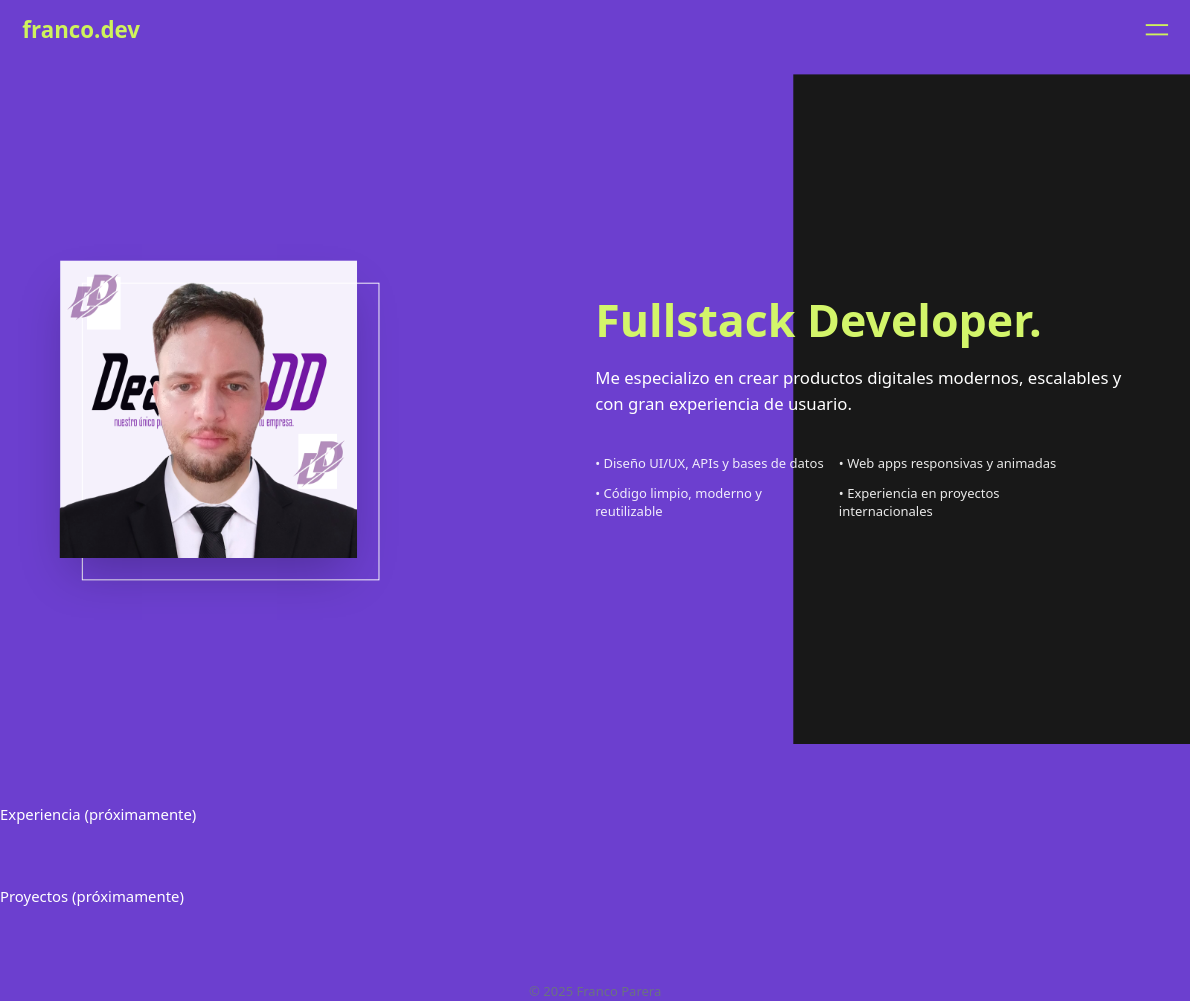
Repository: francoluca35/portfolio-franco-dev
Page: /
The author's editor kept a copy of each file at every save. The page is drawn from the files as they stood at one save, then again after the next save.
The browser window is 1280 px wide. The pictures show the whole page, at 93% of full size.
The project was rebuilt for these pictures with package versions that can differ from the ones it lists, and the page was loaded fresh each time. The framework's server and built-in components were replaced by stand-ins that run in the browser. Also part of the build but not shown: next.config.js.

Above is the page before, as saved 2025-05-06 01:27:34.

### app/layout.jsx
import Nav from "../components/Nav";
import "../styles/globals.css";

export const metadata = {
  title: "Franco Parera | Desarrollador Web Fullstack",
  description:
    "Portfolio de Franco Parera, desarrollador web especializado en React, Next.js y soluciones escalables.",
  keywords:
    "desarrollador web, portfolio, frontend, backend, next.js, react, diseño web, SEO, Buenos Aires",
  authors: [{ name: "Franco Parera" }],
  creator: "Franco Parera",
  openGraph: {
    title: "Franco Parera | Desarrollador Web",
    description:
      "Conocé mis proyectos como desarrollador web fullstack. Diseño moderno, rendimiento y SEO.",
    url: "https://tusitio.com",
    siteName: "Franco Parera | Portfolio",
    images: [
      {
        url: "https://tusitio.com/og-image.jpg",
        width: 1200,
        height: 630,
        alt: "Imagen portfolio Franco",
      },
    ],
    locale: "es_AR",
    type: "website",
  },
  twitter: {
    card: "summary_large_image",
    title: "Franco Parera | Desarrollador Web",
    description:
      "Portfolio profesional de Franco Parera con proyectos reales, experiencia y habilidades técnicas.",
    images: ["https://tusitio.com/og-image.jpg"],
  },
};

export default function RootLayout({ children }) {
  return (
    <html lang="es">
      <head>
        <meta name="viewport" content="width=device-width, initial-scale=1" />
        <link rel="icon" href="/favicon.ico" />
      </head>
      <body className="bg-[#6C3FCF] text-white antialiased">
        <Nav />
        <div className="pt-20">{children}</div>{" "}
      </body>
    </html>
  );
}

### app/page.jsx
"use client";

import Hero from "../components/Hero";
import Experience from "../components/Experience";
import Projects from "../components/Projects";
import Footer from "../components/Footer";

export default function Home() {
  return (
    <>
      <main>
        <section id="inicio">
          <Hero />
        </section>

        <section id="experiencia">
          <Experience />
        </section>

        <section id="proyectos">
          <Projects />
        </section>

        <section id="contacto">
          <Footer />
        </section>
      </main>
    </>
  );
}

### components/Nav.jsx
"use client";

import { useState, useEffect } from "react";
import Link from "next/link";
import { motion, AnimatePresence } from "framer-motion";

export default function Nav() {
  const [isOpen, setIsOpen] = useState(false);
  const [scrolled, setScrolled] = useState(false);

  useEffect(() => {
    const handleScroll = () => {
      setScrolled(window.scrollY > 10);
    };
    window.addEventListener("scroll", handleScroll);
    return () => window.removeEventListener("scroll", handleScroll);
  }, []);

  return (
    <>
      {/* Navbar superior */}
      <nav
        className={`fixed w-full px-6 py-4 flex justify-between items-center z-50 transition-colors duration-300 ${
          scrolled ? "bg-[#2B00AA]/90 shadow-lg" : "bg-transparent"
        }`}
      >
        <h1 className="text-2xl font-bold text-[#CFF25C]">franco.dev</h1>

        <button onClick={() => setIsOpen(true)} className="space-y-2">
          <span className="block w-6 h-0.5 bg-[#CFF25C]"></span>
          <span className="block w-6 h-0.5 bg-[#CFF25C]"></span>
        </button>
      </nav>

      {/* Menú fullscreen */}
      <AnimatePresence>
        {isOpen && (
          <motion.div
            initial={{ opacity: 0 }}
            animate={{ opacity: 1 }}
            exit={{ opacity: 0 }}
            className="fixed inset-0 bg-[#6C3FCF] text-white flex flex-col items-center justify-center text-5xl font-extrabold z-50"
          >
            <button
              onClick={() => setIsOpen(false)}
              className="absolute top-6 right-8 text-lg font-bold"
            >
              close
            </button>

            <ul className="space-y-8 text-center">
              <li>
                <Link href="#inicio" onClick={() => setIsOpen(false)}>
                  INICIO
                </Link>
              </li>
              <li>
                <Link href="#experiencia" onClick={() => setIsOpen(false)}>
                  EXPERIENCIA
                </Link>
              </li>
              <li>
                <Link href="#proyectos" onClick={() => setIsOpen(false)}>
                  PROYECTOS
                </Link>
              </li>
              <li>
                <Link href="#contacto" onClick={() => setIsOpen(false)}>
                  CONTACTO
                </Link>
              </li>
            </ul>

            <div className="text-sm font-light mt-16 flex gap-8">
              <a
                href="https://linkedin.com/in/francoparera"
                target="_blank"
                rel="noopener noreferrer"
              >
                LinkedIn
              </a>
              <a
                href="https://twitter.com"
                target="_blank"
                rel="noopener noreferrer"
              >
                Twitter
              </a>
            </div>
          </motion.div>
        )}
      </AnimatePresence>
    </>
  );
}

### components/Hero.jsx
"use client";
import { motion } from "framer-motion";
import Image from "next/image";

export default function Hero() {
  return (
    <section className="relative w-full min-h-screen bg-[#6C3FCF] text-white flex items-center justify-center sm:px-12 py-20">
      {/* Fondo negro a la derecha solo en desktop */}
      <div className="hidden md:block absolute top-0 right-0 w-1/3 h-full bg-[#181818] z-0" />

      {/* Contenido */}
      <div className="relative z-10 max-w-6xl w-full flex flex-col items-center md:flex-row md:items-center md:justify-between gap-10 md:gap-0">
        {/* Imagen arriba en mobile, a la derecha en desktop */}
        <motion.div
          initial={{ opacity: 0, scale: 0.95 }}
          animate={{ opacity: 1, scale: 1 }}
          transition={{ duration: 0.6 }}
          className="relative flex justify-center"
        >
          {/* Cuadro blanco detrás */}
          <div className="absolute top-6 left-6 w-60 h-60 md:w-80 md:h-80 border border-white z-0" />

          {/* Imagen principal */}
          <div className="relative w-60 h-60 md:w-80 md:h-80 shadow-2xl overflow-hidden z-10">
            <Image
              src="/assets/yo-franco.png"
              alt="Foto de Franco"
              fill
              className="object-cover"
              priority
            />
          </div>
        </motion.div>

        {/* Texto debajo en mobile, izquierda en desktop */}
        <div className="text-center md:text-left md:w-1/2 space-y-6">
          <motion.h1
            initial={{ opacity: 0, y: 20 }}
            animate={{ opacity: 1, y: 0 }}
            transition={{ duration: 0.6 }}
            className="text-4xl sm:text-5xl font-extrabold text-[#D3F56A]"
          >
            Fullstack Developer.
          </motion.h1>

          <motion.p
            initial={{ opacity: 0, y: 20 }}
            animate={{ opacity: 1, y: 0 }}
            transition={{ delay: 0.2, duration: 0.6 }}
            className="text-base sm:text-lg text-white max-w-xl mx-auto md:mx-0"
          >
            Me especializo en crear productos digitales modernos, escalables y
            con gran experiencia de usuario.
          </motion.p>

          <div className="grid grid-cols-1 sm:grid-cols-2 gap-3 text-sm text-white/90 max-w-lg mx-auto md:mx-0 pt-4">
            <p>• Diseño UI/UX, APIs y bases de datos</p>
            <p>• Web apps responsivas y animadas</p>
            <p>• Código limpio, moderno y reutilizable</p>
            <p>• Experiencia en proyectos internacionales</p>
          </div>
        </div>
      </div>
    </section>
  );
}

### components/Experience.jsx
export default function Experience() { return <section className="my-16">Experiencia (próximamente)</section>; }

### components/Projects.jsx
export default function Projects() { return <section className="my-16">Proyectos (próximamente)</section>; }

### components/Footer.jsx
export default function Footer() { return <footer className="mt-20 text-center text-sm text-gray-500">© 2025 Franco Parera</footer>; }

### tailwind.config.js
/** @type {import('tailwindcss').Config} */
module.exports = {
  content: [
    "./app/**/*.{js,ts,jsx,tsx}",
    "./components/**/*.{js,ts,jsx,tsx}",
  ],
  darkMode: 'class',
  theme: {
    extend: {},
  },
  plugins: [],
}

Loaded but not shown: styles/globals.css (common file)

After the next save:
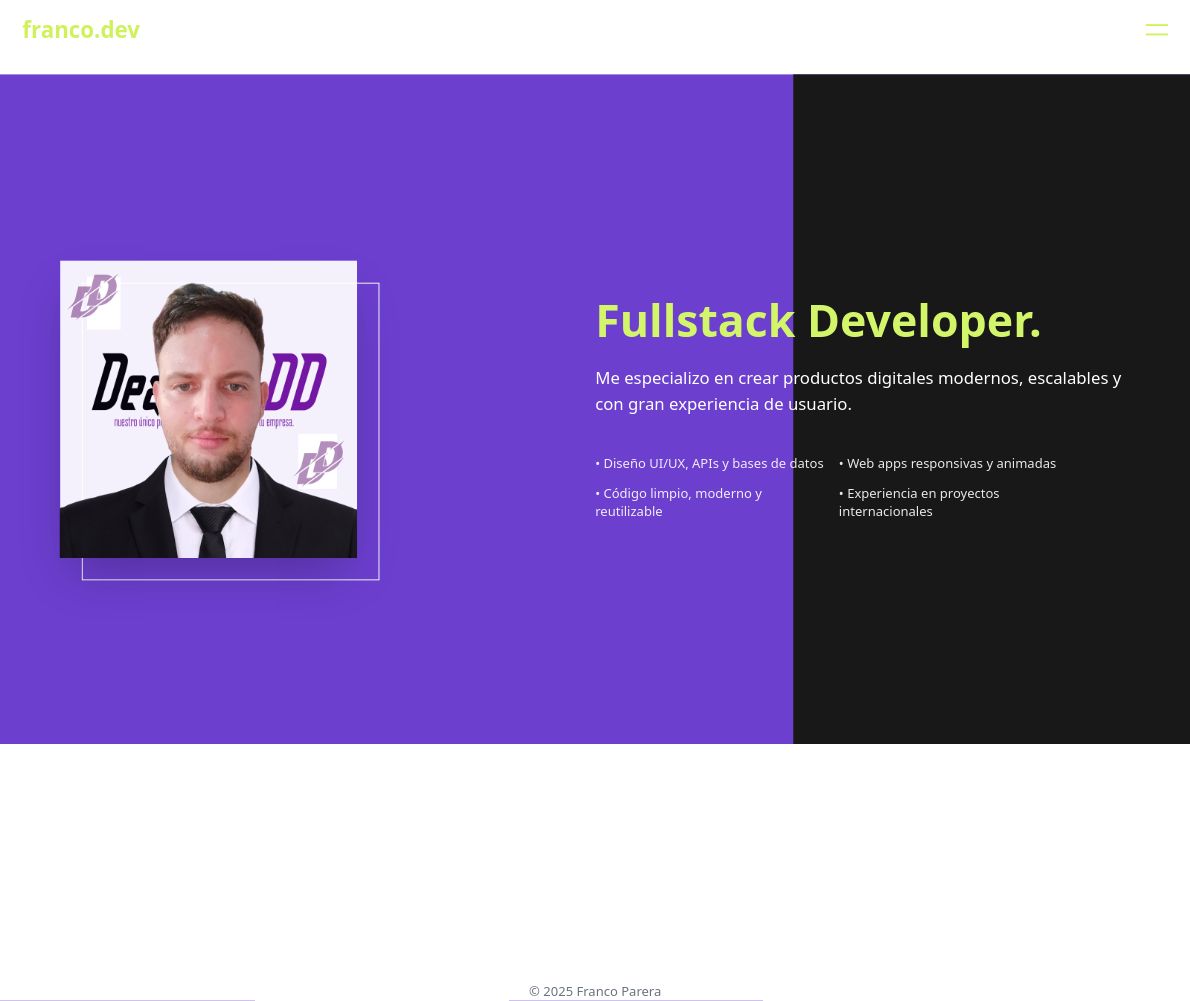
Saved 47 s later.
--- a/app/layout.jsx
+++ b/app/layout.jsx
@@ -42,7 +42,7 @@ export default function RootLayout({ children }) {
         <meta name="viewport" content="width=device-width, initial-scale=1" />
         <link rel="icon" href="/favicon.ico" />
       </head>
-      <body className="bg-[#6C3FCF] text-white antialiased">
+      <body className=" text-white antialiased">
         <Nav />
         <div className="pt-20">{children}</div>{" "}
       </body>
